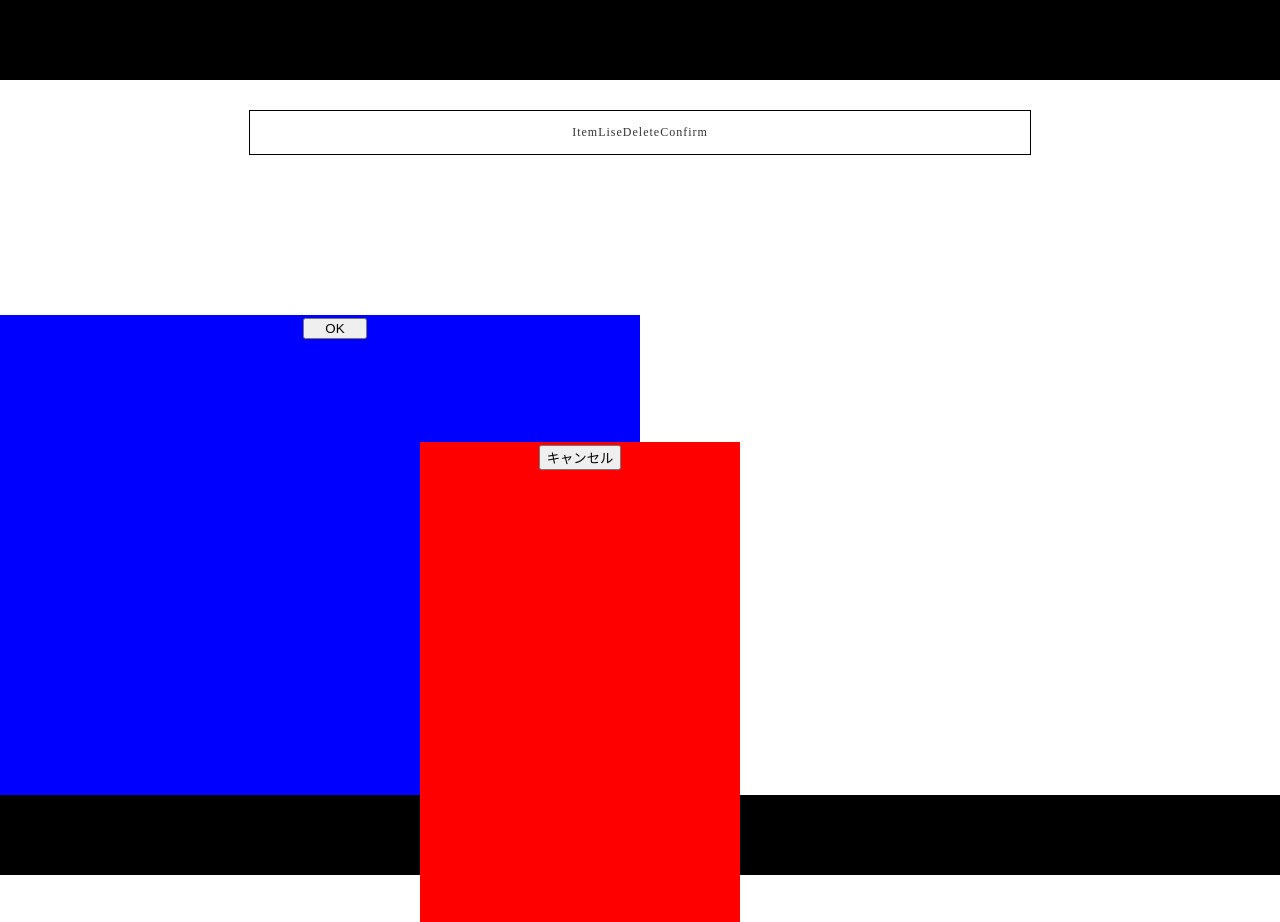
Repository: kazuki000/test
Page: http://localhost/ecsite/itemListDeleteConfirm.jsp
These files come from the project's save history. The page is drawn as it stood at one moment and after the next save; the edit follows.
The browser window is 1280 px wide. The pictures show the whole page.
The page is served by Tomcat 9. Other server files are loaded and not shown.

Above is the page before, as saved 2019-05-03 17:25:29.

### ecsite/WebContent/itemListDeleteConfirm.jsp
<%@ page language="java" contentType="text/html; charset=UTF-8"
    pageEncoding="UTF-8"%>
<%@ taglib prefix="s" uri="/struts-tags"%>
<!DOCTYPE html PUBLIC "-//W3C//DTD HTML 4.01 Transitional//EN" "http://www.w3.org/TR/html4/loose.dtd">
<html>
<head>
	<meta http-equiv="Content-Type" content="text/html; charset=UTF-8">
	<meta http-equiv="Content-Style-Type" content="text/css"/>
	<meta http-equiv="Content-Script-Type" content="text/javascript"/>
	<meta http-equiv="imagetoolbar" content="no"/>
	<meta http-equiv="description" content=""/>
	<meta http-equiv="keywords" content=""/>
	<title>Insert title here</title>

	<style type="text/css">

	body{
		margin:0;
		padding:0;
		letter-spacing:1px;
		line-height:1.6;
		font-size:12px;
		color:#333;
		background:#fff;
	}

	table{
		text-align:center;
		margin:0 auto;
	}

	#top{
		width:780px;
		margin:30px auto;
		border:1px solid black;
	}

	#header{
		width:100%;
		height:80px;
		background-color:black;
	}

	#main{
		width:100%;
		height:480px;
		text-align:center;


	}

	#footer{
		width:100%;
		height:80px;
		background-color:black;
		clear:both;
	}

	#main-contents{
		width:100%;
		text-align:center;
		padding-top:30px;
	}

	#left{
		width:50%;
		height:480px;
		float:left;
		background-color:blue;
		margin-top:100px;


	}

	#right{
		width:50%;
		height:480px;
		float:right;
		background-color:red;
		margin-top:100px;
		margin-right:-100px;

	}

	#red{
		padding-left:30px;
	}


	</style>
</head>
<body>
	<div id="header">
			<div id="pr">
			</div>
	</div>
	<div id="main">
			<div id="top">
					<p>ItemLiseDeleteConfirm</p>
			</div>
			<div id="main-contents">
				<div id="left">
				<div id="red">
				<s:form action="ItemListDeleteCompleteAction">
					<s:submit value="    OK    "/>

				</s:form>
			</div>
			<div id="right">
			<div id="blue">
			<s:form action="ItemListAction">
				<s:submit value="キャンセル"/>
			</s:form>
			</div>
		</div>
		</div>
		</div>
		<div id="footer">
				<div id="pr">
				</div>
		</div>


</body>
</html>

After the next save:
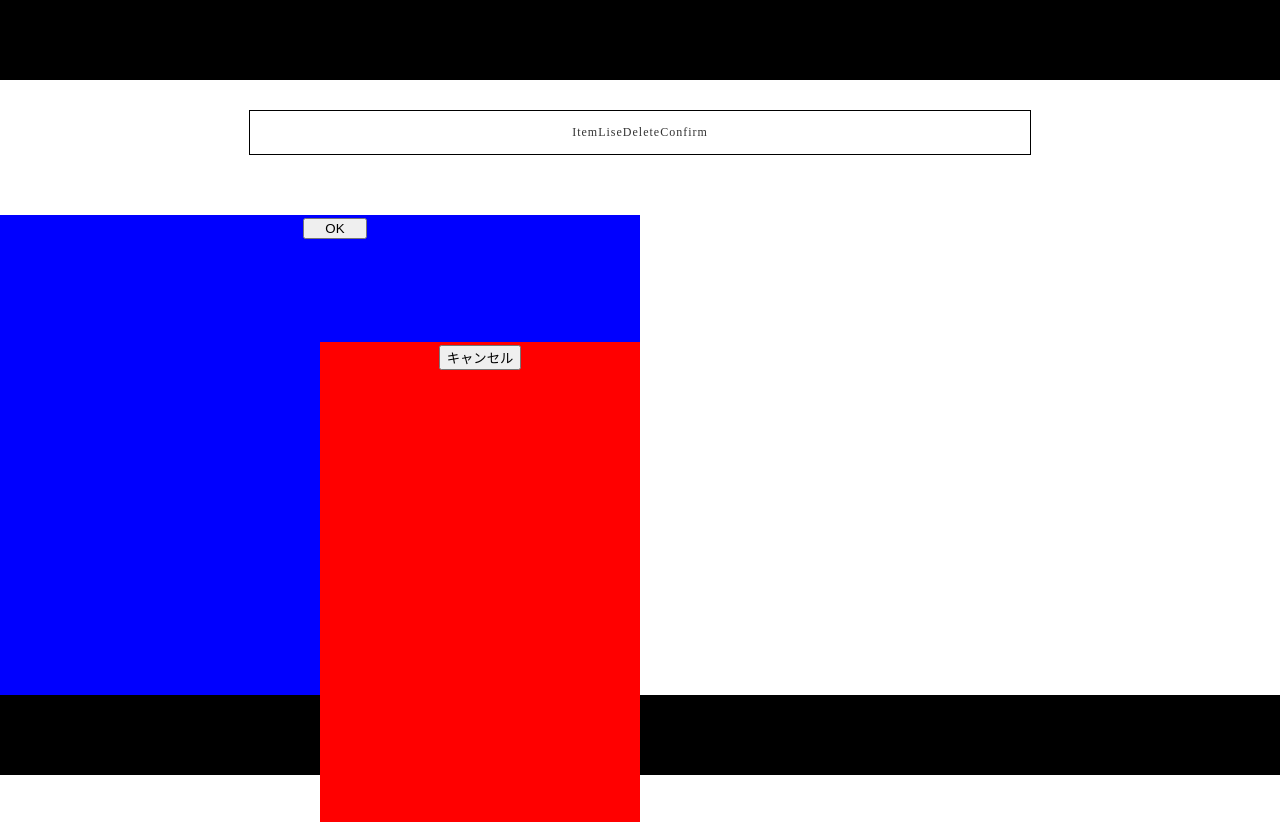
Saved 27 s later.
--- a/ecsite/WebContent/itemListDeleteConfirm.jsp
+++ b/ecsite/WebContent/itemListDeleteConfirm.jsp
@@ -67,7 +67,7 @@
 		height:480px;
 		float:left;
 		background-color:blue;
-		margin-top:100px;
+
 
 
 	}
@@ -78,7 +78,7 @@
 		float:right;
 		background-color:red;
 		margin-top:100px;
-		margin-right:-100px;
+
 
 	}
 
